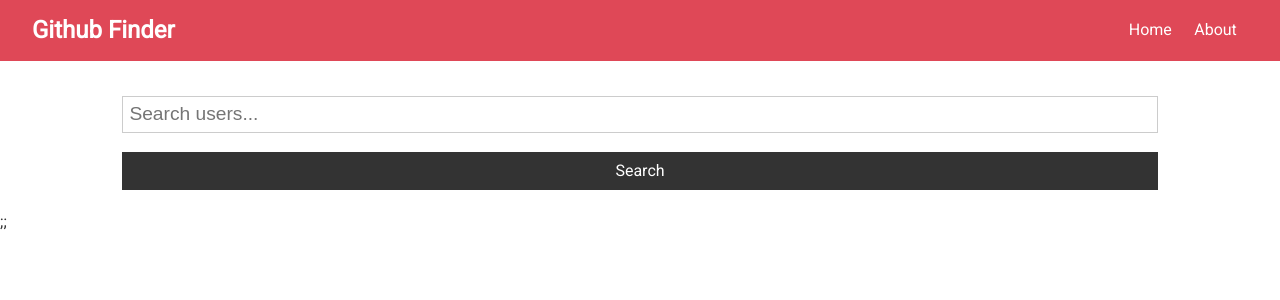
Repository: 7harshit20/github-users-finder
Page: /
The author's editor kept a copy of each file at every save. The page is drawn from the files as they stood at one save, then again after the next save.
The browser window is 1280 px wide. The pictures show the whole page.
The project was rebuilt for these pictures with package versions that can differ from the ones it lists, and the page was loaded fresh each time. Also part of the build but not shown: src/component/users/UserItems.js, src/component/layout/Spinner.js, src/component/layout/Alert.js, src/component/users/repos/RepoItem.js, src/component/users/repos/Repos.js, src/component/users/User.js, src/component/pages/About.js.

Above is the page before, as saved 2021-10-14 22:34:13.

### src/App.js
import React, { Fragment } from 'react';
import { BrowserRouter as Router, Switch, Route } from 'react-router-dom';
import Navbar from './component/layout/Navbar';
import Users from './component/users/Users';
import Search from './component/users/Search';
import Alert from './component/layout/Alert';
import User from './component/users/User';
import About from './component/pages/About';

import GithubState from './context/github/GithubState';
import AlertState from './context/alert/AlertState';

import './App.css';

const App = () => {
  return (
    <GithubState>
      <AlertState>
        <Router>
          <div className="App">
            <Navbar />
            <div className="container">
              <Alert />
              <Switch>
                <Route exact path='/' render={() => (
                  <Fragment>
                    <Search />
                    <Users />
                  </Fragment>
                )}
                />
                <Route exact path='/about' component={About} />
                <Route exact path='/user/:login' component={User} />
              </Switch>
            </div>
          </div>
        </Router>
      </AlertState>
    </GithubState>
  );

}


export default App;

### src/component/layout/Navbar.js
// import React, { Component } from 'react'
// import PropTypes from 'prop-types'

// export class Navbar extends Component {
//     static defaultProps = {
//         title: 'Github Finder'
//     }

//     static propTypes = {
//         title: PropTypes.string.isRequired
//     }

//     render() {
//         return (
//             <nav className='bg-primary'>
//                 <h1>{this.props.title}</h1>
//             </nav>
//         )
//     }
// }

// export default Navbar
import React from 'react'
import { Link } from 'react-router-dom'

const Navbar = ({ title }) => {
    return (
        <nav className='navbar bg-primary'>
            <h1>
                <i className="fa fa-github" />
                {' '}{title}
            </h1>
            <ul>
                <li><Link to="/">Home</Link></li>
                <li><Link to="/about">About</Link></li>
            </ul>
        </nav>
    )
}
Navbar.defaultProps = {
    title: 'Github Finder'
}


export default Navbar

### src/component/users/Users.js
import React, { useContext } from 'react'
import UserItems from './UserItems';
import Spinner from '../layout/Spinner';
import GithubContext from '../../context/github/githubContext';

const Users = () => {
    const githubContext = useContext(GithubContext);

    const { loading, users } = githubContext;

    if (loading) {
        return <Spinner />
    }
    return (
        <div style={userStyle}>
            {users.map(user => (
                <UserItems key={user.id} user={user} />
            ))}
        </div>
    );
}

const userStyle = {
    display: 'grid',
    gridTemplateColumns: 'repeat(3,1fr)',
    gridGap: '1rem'
}

export default Users

### src/component/users/Search.js
import React, { useState, useContext } from 'react'
import GithubContext from '../../context/github/githubContext';
import AlertContext from '../../context/alert/alertContext';


const Search = () => {
    const githubContext = useContext(GithubContext);
    const alertContext = useContext(AlertContext);
    const { searchUsers, clearUsers, users } = githubContext;

    const [text, setText] = useState('');

    const onChange = (e) => {
        return setText(e.target.value);
    }

    const onSubmit = (e) => {
        e.preventDefault();
        if (text.length === 0) {
            alertContext.setAlert('No input provided', 'light');
            return;
        }
        searchUsers(text);
        setText('');
    }
    return (
        <div>
            <form onSubmit={onSubmit} className="form">
                <input type="text" name="text" placeholder="Search users..." value={text} onChange={onChange} />
                <input type="submit" value="Search" className="btn btn-dark btn-block" />
            </form>
            {users.length > 0 && (
                <button className="btn btn-light btn-block" onClick={clearUsers}>Clear</button>
            )
            }
        </div>
    )
}


export default Search

### src/context/github/GithubState.js
import React, { useReducer } from "react";
import axios from "axios";
import githubContext from './githubContext';
import githubReducer from './githubReducer';
import {
    SEARCH_USERS,
    SET_LOADING,
    CLEAR_USERS,
    GET_USER,
    GET_REPOS
} from '../types'

const GithubState = props => {
    const initialState = {
        users: [],
        user: {},
        userRepos: [],
        loading: false
    };

    const [state, dispatch] = useReducer(githubReducer, initialState);

    const searchUsers = async (text) => {
        setloading();

        const res = await axios.get(`http://api.github.com/search/users?q=${text}&client_id=${process.env.REACT_APP_GITHUB_CLIENT_ID}&client_secret=${process.env.REACT_APP_GITHUB_CLIENT_SECRET}`);

        dispatch({
            type: SEARCH_USERS,
            payload: res.data.items
        })
    }

    const setloading = () => {
        dispatch({ type: SET_LOADING });
    }

    const clearUsers = () => {
        dispatch({
            type: CLEAR_USERS
        })
    }

    const getUser = async (username) => {
        setloading();
        const res = await axios.get(`http://api.github.com/users/${username}?client_id=${process.env.REACT_APP_GITHUB_CLIENT_ID}&client_secret=${process.env.REACT_APP_GITHUB_CLIENT_SECRET}`)

        dispatch({
            type: GET_USER,
            payload: res.data
        });
    }

    const getUserRepos = async (username) => {
        setloading();
        const res = await axios.get(`http://api.github.com/users/${username}/repos?per_page=5&sort=created:asc&client_id=${process.env.REACT_APP_GITHUB_CLIENT_ID}&client_secret=${process.env.REACT_APP_GITHUB_CLIENT_SECRET}`)

        dispatch({
            type: GET_REPOS,
            payload: res.data
        });
    }


    return <githubContext.Provider
        value={{
            users: state.users,
            user: state.user,
            userRepos: state.userRepos,
            loading: state.loading,
            searchUsers,
            clearUsers,
            getUser,
            getUserRepos
        }}
    >
        {props.children};
    </githubContext.Provider>
}

export default GithubState;

### src/context/alert/AlertState.js
import React, { useReducer } from "react";
import alertContext from './alertContext';
import alertReducer from './alertReducer';
import {
    SET_ALERT,
    REMOVE_ALERT
} from '../types'

const AlertState = props => {
    const initialState = {
        alert: null
    };

    const [state, dispatch] = useReducer(alertReducer, initialState);

    const setAlert = (message, background) => {
        dispatch({
            type: SET_ALERT,
            payload: {
                msg: message,
                type: background
            }
        })
        setTimeout(() => dispatch({
            type: REMOVE_ALERT,
        }), 3000);

    }

    return <alertContext.Provider
        value={{
            alert: state.alert,
            setAlert
        }}
    >
        {props.children};
    </alertContext.Provider>
}

export default AlertState;

### src/context/github/githubContext.js
import { createContext } from 'react'

const githubContext = createContext();

export default githubContext;

### src/context/github/githubReducer.js
import {
    SEARCH_USERS,
    SET_LOADING,
    CLEAR_USERS,
    GET_USER,
    GET_REPOS
} from '../types'

const githubReducer = (state, action) => {
    switch (action.type) {
        case SET_LOADING:
            return {
                ...state,
                loading: true
            }
        case SEARCH_USERS:
            return {
                ...state,
                users: action.payload,
                loading: false
            }
        case CLEAR_USERS:
            return {
                ...state,
                users: []
            }
        case GET_USER:
            return {
                ...state,
                user: action.payload,
                loading: false
            }
        case GET_REPOS:
            return {
                ...state,
                userRepos: action.payload,
                loading: false
            }
        default:
            return state;
    }
}

export default githubReducer

### src/context/alert/alertReducer.js
import {
    SET_ALERT,
    REMOVE_ALERT
} from '../types'

const alertReducer = (state, action) => {
    switch (action.type) {
        case SET_ALERT:
            return {
                ...state,
                alert: action.payload
            }
        case REMOVE_ALERT:
            return {
                ...state,
                alert: null
            }
        default:
            return state;
    }
}

export default alertReducer

### src/component/pages/Home.js
import React, { Fragment } from 'react'

export const Home = () => {
    return (
        <div>
            <Fragment>
                <Search />
                <Users />
            </Fragment>
        </div>
    )
}

Loaded but not shown: src/index.js (common file); src/reportWebVitals.js (common file); src/App.css (common file); src/context/alert/alertContext.js (common file); src/context/types.js (common file)

After the next save:
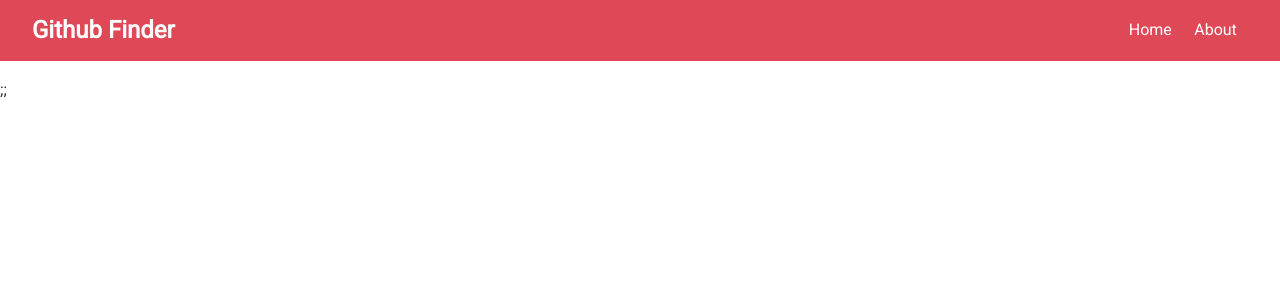
Saved 21 s later.
--- a/src/App.js
+++ b/src/App.js
@@ -22,13 +22,7 @@
             <div className="container">
               <Alert />
               <Switch>
-                <Route exact path='/' render={() => (
-                  <Fragment>
-                    <Search />
-                    <Users />
-                  </Fragment>
-                )}
-                />
+                <Route exact path='/' />
                 <Route exact path='/about' component={About} />
                 <Route exact path='/user/:login' component={User} />
               </Switch>
--- a/src/component/pages/Home.js
+++ b/src/component/pages/Home.js
@@ -1,4 +1,6 @@
 import React, { Fragment } from 'react'
+import Search from '../users/Search'
+import Users from '../users/Users'
 
 export const Home = () => {
     return (

After the 2 saves that followed:
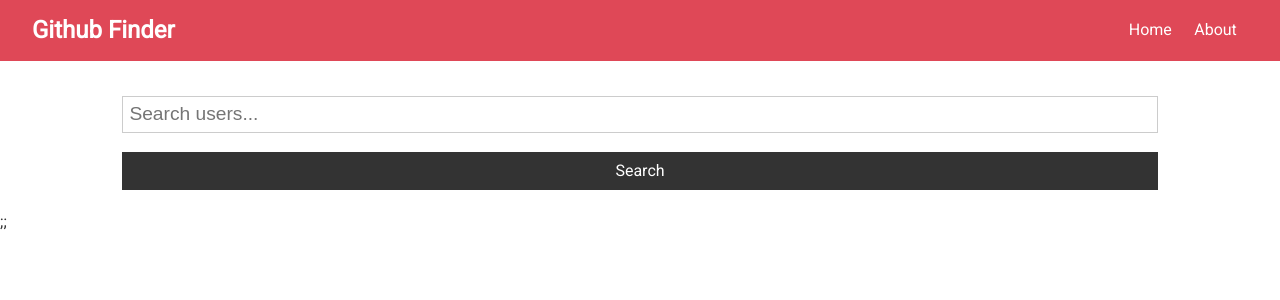
The 2 saves are shown as one change because 1 did not build or start.
The last was saved 82 s later.
--- a/src/App.js
+++ b/src/App.js
@@ -1,8 +1,7 @@
 import React, { Fragment } from 'react';
 import { BrowserRouter as Router, Switch, Route } from 'react-router-dom';
 import Navbar from './component/layout/Navbar';
-import Users from './component/users/Users';
-import Search from './component/users/Search';
+import Home from './component/pages/Home';
 import Alert from './component/layout/Alert';
 import User from './component/users/User';
 import About from './component/pages/About';
@@ -22,7 +21,7 @@
             <div className="container">
               <Alert />
               <Switch>
-                <Route exact path='/' />
+                <Route exact path='/' component={Home} />
                 <Route exact path='/about' component={About} />
                 <Route exact path='/user/:login' component={User} />
               </Switch>
--- a/src/component/pages/Home.js
+++ b/src/component/pages/Home.js
@@ -2,7 +2,7 @@
 import Search from '../users/Search'
 import Users from '../users/Users'
 
-export const Home = () => {
+const Home = () => {
     return (
         <div>
             <Fragment>
@@ -12,3 +12,5 @@
         </div>
     )
 }
+
+export default Home;
